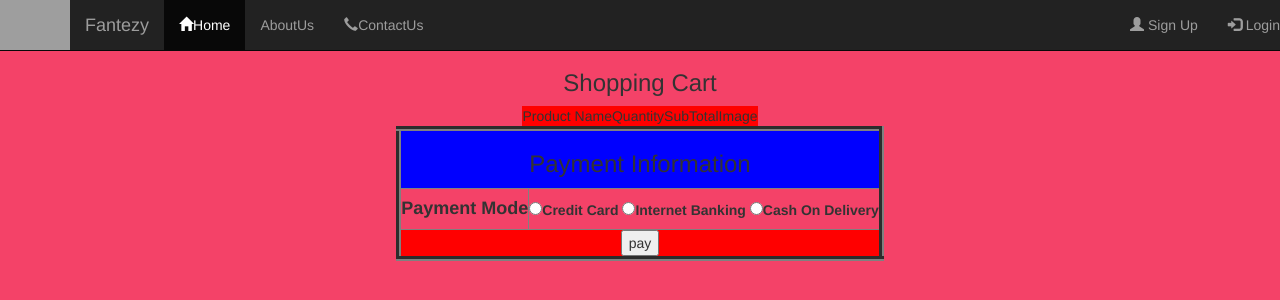
Repository: Safna93/eCommerce-project
Page: http://localhost/FantezyFrontendProject/WEB-INF/views/OrderConfirm.jsp
The author's editor kept a copy of each file at every save. The page is drawn from the files as they stood at one save, then again after the next save.
The browser window is 1280 px wide. The pictures show the whole page.
Pictures or frames that could not be fetched are drawn as grey boxes. Some web libraries are served in a nearby version. The page is served by Tomcat 9. Nobody is signed in. Other server files are loaded and not shown. The template is opened directly, without the code that normally fills it, so the values that code supplies are empty.

Above is the page before, as saved 2017-07-11 17:46:21.

### Fantezy Project 1/Fantezy/FantezyFrontendProject/src/main/webapp/WEB-INF/views/OrderConfirm.jsp
<%@ page language="java" contentType="text/html"%>
 <%@ taglib uri="http://java.sun.com/jsp/jstl/core" prefix="c" %>
<%@include file="Header.jsp" %>
<table cellspacing="3" align="center" >
<tr>
<td colspan="5"><center><h3>Shopping Cart</h3></center></td>
</tr>
<tr>
<tr bgcolor="red">
<td>Product Name</td>
<td>Quantity</td>
<td>SubTotal</td>
<td>Image</td>
</tr>
<tr>

<c:forEach items="${cartitems }" var="cartitem">
<tr>
<td>${cartitem.prodname }</td>
<td>${cartitem.quantity }</td>
<td><input type="text" value="${cartitem.quantity }" name="quantity" required/></td>
<td>${cartitem.price * cartitem.quantity }</td>
<td><img src="<c:url value='/resources/images/${cartitem.prodid }.jsp'/>" width="100" height="100">
</tr>
<tr>
<td colspan="3">Grand Total</td>
<td>${grandtotal }</td>
</tr>
</table>
</c:forEach>


<table cellspacing="3" cellpadding="10" align="center" border="5">
<tr bgcolor="blue">
<td colspan="2"><center><strong><h3>Payment Information</h3></strong></center></td>
</tr>

<tr>
<td><h4><b>Payment Mode</b></h4></td>
<td>
<input type="radio" name="pmode" value="CC" /><b>Credit Card</b>
<input type="radio" name="pmode" value="IB" /><b>Internet Banking</b>
<input type="radio" name="pmode" value="CD" /><b>Cash On Delivery</b>
</td>

<tr bgcolor="red">
<td colspan="2"><center><input type="submit" value="pay" /></center></td>



</table>
</body>
</html>

### Fantezy Project 1/Fantezy/FantezyFrontendProject/src/main/webapp/WEB-INF/views/Header.jsp
<!DOCTYPE html>
<html lang="en">
<head>
<title>Fatntezy-The Girlz Corner</title>
<meta charset="utf-8">
<meta name="viewport" content="width=device-width, initial-scale=1">
<%@ taglib uri="http://java.sun.com/jsp/jstl/core" prefix="c"%>
<link rel="stylesheet"
	href="https://maxcdn.bootstrapcdn.com/bootstrap/3.3.7/css/bootstrap.min.css">
<link href="<c:url value="/resources/css/Head.css" />" rel="stylesheet">
<script
	src="https://ajax.googleapis.com/ajax/libs/jquery/3.2.1/jquery.min.js"></script>
<script
	src="https://maxcdn.bootstrapcdn.com/bootstrap/3.3.7/js/bootstrap.min.js"></script>
</head>
<body>
<body style="background-color: #f44268">
	<div class="header">
		<div class="container">
			<header style="height: 50px;"></header>
			<!------------- Navbar -------------->
			<nav class="my-nav navbar navbar-inverse bs-dark navbar-fixed-top">
				<div class="navbar-header"></div>


				<div class="collapse navbar-collapse"
					id="bs-example-navbar-collapse-1">
					<ul class="nav navbar-nav">
						<div class="navbar-header">
							<a href="ioo" class="pull-left"><img
								src="http://cdn.wallpapersafari.com/62/23/dgHULI.jpg"
								width="70" height="50"></a>
							<div class="navbar-brand">Fantezy</div>


						</div>


						<li class="active"><a href="ioo"><span
								class="glyphicon glyphicon-home"></span>Home</a></li>

						<li><a href="AboutUs">AboutUs</a></li>
						<li><a href="ContactUs"><span
								class="glyphicon glyphicon-earphone"></span>ContactUs</a></li>


					</ul>
					<ul class="nav navbar-nav navbar-right">
						<li><a href="login"><span
								class="glyphicon glyphicon-log-in"></span> Login</a></li>
					</ul>
					<ul class="nav navbar-nav navbar-right">
						<li><a href="Register"><span
								class="glyphicon glyphicon-user"></span> Sign Up</a></li>

					</ul>
				</div>


				</li>
				</ul>
		</div>
		</nav>
	</div>

	<!----------- !Navbar End ------------>


	</div>

### Fantezy Project 1/Fantezy/FantezyFrontendProject/src/main/webapp/resources/css/Head.css


.bs-dark.navbar-inverse {
  background-color: #222;
  border-color: #080808;
}
.bs-dark .navbar-img {padding:5px 6px !important;}
.bs-dark .navbar-img img {width:40px;}
.bs-dark .dropdown-menu {
  min-width: 200px;
  padding: 5px 0;
  margin: 2px 0 0;
  background-color: #000;
  border: 1px solid rgba(0, 0, 0, 0.7);
  border: 1px solid rgba(0, 0, 0, .15);
  -webkit-box-shadow: 0 6px 12px rgba(0, 0, 0, .175);
          box-shadow: 0 6px 12px rgba(0, 0, 0, .175);
}

.bs-dark .dropdown-menu .divider {
  border: 1px solid rgba(0, 0, 0, 0.8);
}
.bs-dark .dropdown-menu > li > a {
  padding: 6px 20px;
  color: rgba(255,255,255,0.80);
}
.bs-dark .dropdown-menu > li > a:hover,
.bs-dark .dropdown-menu > li > a:focus {
  color: rgba(255,255,255,0.70);
  text-decoration: none;
  background-color: transparent;
}
.bs-dark .dropdown-menu > .active > a,
.bs-dark .dropdown-menu > .active > a:hover,
.bs-dark .dropdown-menu > .active > a:focus {
  color: rgba(255,255,255,0.70);
  text-decoration: none;
  background-color: transparent;
  outline: 0;
}

.bs-dark .navbar-form {
  margin:0;
  margin-top: 5px;
  padding:8px 0px;
}

.bs-dark .navbar-form .search-box {
  border:0px;
  height:35px;
  outline: none;
  width:320px;
  padding-right: 3px;
  padding-left: 15px;
  margin:4px;
  -webkit-border-radius: 22px;
  -moz-border-radius: 22px;
  border-radius: 22px;
}

.bs-dark .navbar-form button {
  border: 0;
  background: none;
  padding: 2px 5px;
  margin-top: 2px;
  position: relative;
  left: -34px;
  margin-bottom: 0;
  -webkit-border-radius: 3px;
  -moz-border-radius: 3px;
  border-radius: 3px;
}

.bs-dark .search-box:focus + button {
  z-index: 3;
}

@media (min-width: 768px) {
    .bs-dark .dropdown:hover {background-color: #000;}
	.bs-dark .dropdown:hover .dropdown-menu {
	  display: block;
	}
	.bs-dark .navbar-form {
	  padding:0px;
	}
	.bs-dark .navbar-form .search-box {
	  width:260px;
	  height:32px;
	}

}

After the next save:
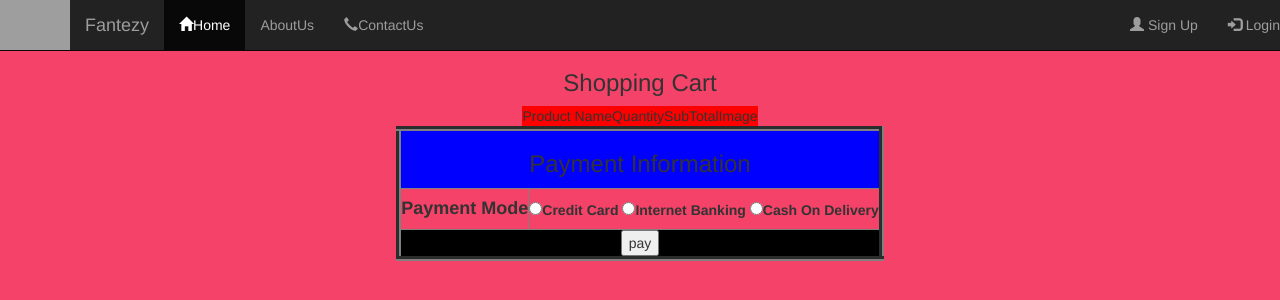
Saved 27 s later.
--- a/Fantezy Project 1/Fantezy/FantezyFrontendProject/src/main/webapp/WEB-INF/views/OrderConfirm.jsp
+++ b/Fantezy Project 1/Fantezy/FantezyFrontendProject/src/main/webapp/WEB-INF/views/OrderConfirm.jsp
@@ -43,7 +43,7 @@
 <input type="radio" name="pmode" value="CD" /><b>Cash On Delivery</b>
 </td>
 
-<tr bgcolor="red">
+<tr bgcolor="black">
 <td colspan="2"><center><input type="submit" value="pay" /></center></td>
 
 
